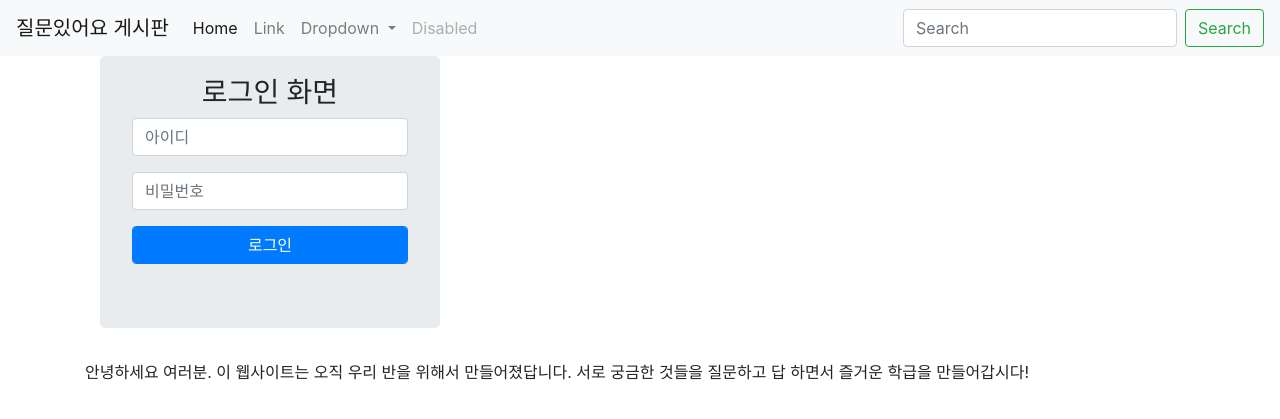
Repository: Munro-L/I-spy-oT__cuHacking-2019
Page: http://localhost/BBS/main.jsp
The author's editor kept a copy of each file at every save. The page is drawn from the files as they stood at one save, then again after the next save.
The browser window is 1280 px wide. The pictures show the whole page.
The page is served by Tomcat 9. Other server files are loaded and not shown.

Above is the page before, as saved 2019-02-01 20:17:06.

### BBS-master/projects/BBS/WebContent/main.jsp
<%@ page language="java" contentType="text/html; charset=UTF-8"
    pageEncoding="UTF-8"%>
<%@ page import = "java.io.PrintWriter" %>
<!DOCTYPE html>
<html>
<head>
<meta http-equiv="Content-Type" content="text/html, charset="UTF-8">
<meta name="viewport" content="width=device-width", intial-scale="1">
<link rel="stylesheet" href="css/bootstrap.css">
<title>질문있어요!</title>
</head>
<body>
	<%
		String userID = null;
		if(session.getAttribute("userID")!=null){
			userID = (String) session.getAttribute("userID");
		}
	%>
	<nav class="navbar navbar-expand-lg navbar-light bg-light">
	  <a class="navbar-brand" href="#">질문있어요 게시판</a>
	  <button class="navbar-toggler" type="button" data-toggle="collapse" data-target="#navbarSupportedContent" aria-controls="navbarSupportedContent" aria-expanded="false" aria-label="Toggle navigation">
	    <span class="navbar-toggler-icon"></span>
	  </button>

	  <div class="collapse navbar-collapse" id="navbarSupportedContent">
	    <ul class="navbar-nav mr-auto">
	      <li class="nav-item active">
	        <a class="nav-link" href="#">Home <span class="sr-only">(current)</span></a>
	      </li>
	      <li class="nav-item">
	        <a class="nav-link" href="#">Link</a>
	      </li>
	      <li class="nav-item dropdown">
	        <a class="nav-link dropdown-toggle" href="#" id="navbarDropdown" role="button" data-toggle="dropdown" aria-haspopup="true" aria-expanded="false">
	          Dropdown
	        </a>
	        <div class="dropdown-menu" aria-labelledby="navbarDropdown">
	          <a class="dropdown-item" href="#">Action</a>
	          <a class="dropdown-item" href="#">Another action</a>
	          <div class="dropdown-divider"></div>
	          <a class="dropdown-item" href="#">Something else here</a>
	        </div>
	      </li>
	      <li class="nav-item">
	        <a class="nav-link disabled" href="#">Disabled</a>
	      </li>
	    </ul>
	    <form class="form-inline my-2 my-lg-0">
	      <input class="form-control mr-sm-2" type="search" placeholder="Search" aria-label="Search">
	      <button class="btn btn-outline-success my-2 my-sm-0" type="submit">Search</button>
	    </form>
	  </div>
	</nav>

	<div class="container">
		<div class="col-lg-4"></div>
		<div class="col-lg-4">
			<div class="jumbotron" style="padding-top: 20px;">
				<form method="post" action="loginAction.jsp">
					<h3 style="text-align:center;">로그인 화면</h3>
					<div class="form-group">
						<input type="text" class="form-control" placeholder="아이디" name="userID" maxlength="20">
					</div>
					<div class="form-group">
						<input type="text" class="form-control" placeholder="비밀번호" name="userPassword" maxlength="20">
					</div>
					<input type="submit" class="btn btn-primary form-control" value="로그인">
				</form>

			</div>
		</div>
	</div>

	<div class="container">
		<p>안녕하세요 여러분. 이 웹사이트는 오직 우리 반을 위해서 만들어졌답니다.
	서로 궁금한 것들을 질문하고 답 하면서 즐거운 학급을 만들어갑시다! </p>
	</div>
	<script
  src="https://code.jquery.com/jquery-3.3.1.min.js"></script>
  <script src="js/bootstrap.js"></script>
</html>

Loaded but not shown: BBS-master/projects/BBS/WebContent/css/bootstrap.css (library); BBS-master/projects/BBS/WebContent/js/bootstrap.js (library)

After the next save:
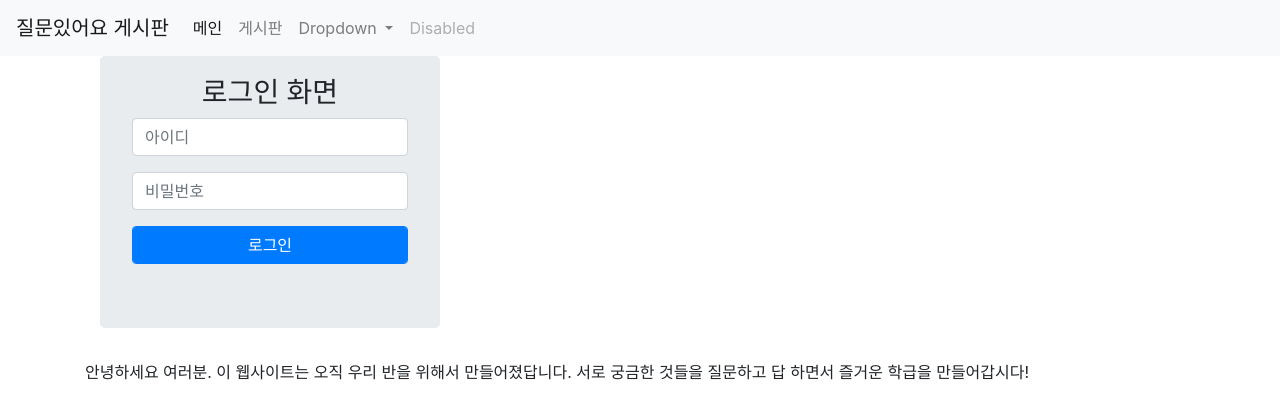
Saved 36 min 24 s later.
--- a/BBS-master/projects/BBS/WebContent/main.jsp
+++ b/BBS-master/projects/BBS/WebContent/main.jsp
@@ -25,10 +25,10 @@
 	  <div class="collapse navbar-collapse" id="navbarSupportedContent">
 	    <ul class="navbar-nav mr-auto">
 	      <li class="nav-item active">
-	        <a class="nav-link" href="#">Home <span class="sr-only">(current)</span></a>
+	        <a class="nav-link" href="main.jsp">메인<span class="sr-only">(current)</span></a>
 	      </li>
 	      <li class="nav-item">
-	        <a class="nav-link" href="#">Link</a>
+	        <a class="nav-link" href="bbs.jsp">게시판</a>
 	      </li>
 	      <li class="nav-item dropdown">
 	        <a class="nav-link dropdown-toggle" href="#" id="navbarDropdown" role="button" data-toggle="dropdown" aria-haspopup="true" aria-expanded="false">
@@ -45,10 +45,7 @@
 	        <a class="nav-link disabled" href="#">Disabled</a>
 	      </li>
 	    </ul>
-	    <form class="form-inline my-2 my-lg-0">
-	      <input class="form-control mr-sm-2" type="search" placeholder="Search" aria-label="Search">
-	      <button class="btn btn-outline-success my-2 my-sm-0" type="submit">Search</button>
-	    </form>
+
 	  </div>
 	</nav>
 
